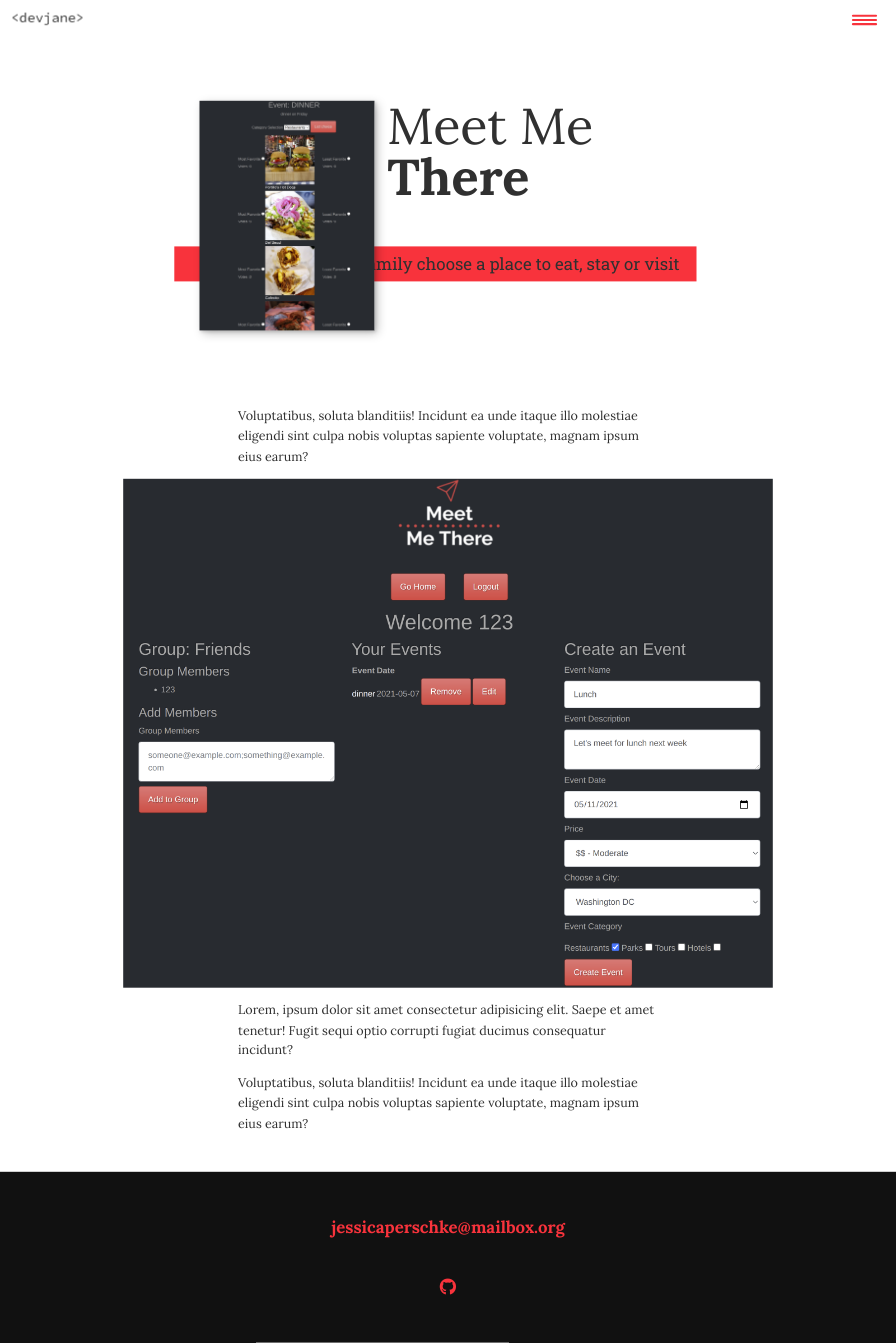
Repository: DinoDime/site
Page: portfolio-item1.html
These files come from the project's save history. The page is drawn as it stood at one moment and after the next save; the edit follows.
The browser window is 1280 px wide. The pictures show the whole page, at 70% of full size.
Some web libraries are served in a nearby version.

Above is the page before, as saved 2021-05-03 05:44:18.

### portfolio-item1.html
<!DOCTYPE html>
<html lang="en">
  <head>
    <link
      rel="stylesheet"
      href="https://cdnjs.cloudflare.com/ajax/libs/normalize/8.0.1/normalize.css"
    />
    <meta charset="UTF-8" />
    <meta name="viewport" content="width=device-width, initial-scale=1.0" />
    <title>Jess' Portfolio</title>
    <link
      rel="stylesheet"
      href="https://cdnjs.cloudflare.com/ajax/libs/normalize/7.0.0/normalize.min.css"
    />
    <link
      rel="stylesheet"
      href="https://cdnjs.cloudflare.com/ajax/libs/font-awesome/5.11.2/css/all.css"
      integrity="sha256-46qynGAkLSFpVbEBog43gvNhfrOj+BmwXdxFgVK/Kvc="
      crossorigin="anonymous"
    />

    <!-- Update these with your own fonts -->
    <link
      href="https://fonts.googleapis.com/css?family=Lora:400,700|Roboto+Slab:400,700&display=swap"
      rel="stylesheet"
    />

    <link rel="stylesheet" href="css/style.css" />
  </head>
  <body>
    <header>
      <div class="logo">
        <img src="img/devjane.png" alt="" />
      </div>
      <!--Hamburger button-->
      <button class="nav-toggle" aria-label="toggle navigation">
        <span class="hamburger"></span>
      </button>
      <nav class="nav">
        <ul class="nav__list">
          <li class="nav__item">
            <a href="index.html" class="nav__link">Home</a>
          </li>
          <li class="nav__item">
            <a href="index.html#Skills" class="nav__link">Skills</a>
          </li>
          <li class="nav__item">
            <a href="index.html#about" class="nav__link">About me</a>
          </li>
          <li class="nav__item">
            <a href="index.html#work" class="nav__link">My Work</a>
          </li>
        </ul>
      </nav>
    </header>

    <section class="intro">
      <h1 class="section__title section__title--intro">
        Meet Me <strong>There</strong>
      </h1>
      <p class="section__subtitle section__subtitle--intro">
        Helps friends and family choose a place to eat, stay or visit
      </p>
      <img src="img/MeetMeThere.png" alt="" class="intro__img" />
    </section>

    <div class="portfolio-item-individual">
      <p>
        Voluptatibus, soluta blanditiis! Incidunt ea unde itaque illo molestiae
        eligendi sint culpa nobis voluptas sapiente voluptate, magnam ipsum eius
        earum?
      </p>
      <img src="img/MeetMeThere3.png" alt="" />
      <p>
        Lorem, ipsum dolor sit amet consectetur adipisicing elit. Saepe et amet
        tenetur! Fugit sequi optio corrupti fugiat ducimus consequatur incidunt?
      </p>
      <p>
        Voluptatibus, soluta blanditiis! Incidunt ea unde itaque illo molestiae
        eligendi sint culpa nobis voluptas sapiente voluptate, magnam ipsum eius
        earum?
      </p>
    </div>

    <!-- Footer -->
    <footer class="footer">
      <!-- replace with your own email address -->
      <a href="mailto:jessicaperschke@mailbox.org" class="footer__link"
        >jessicaperschke@mailbox.org</a
      >
      <ul class="social-list">
        <li class="social-list__item">
          <a class="social-list__link" href="https://github.com/jl-perschke">
            <i class="fab fa-github"></i>
          </a>
        </li>
      </ul>
    </footer>

    <script src="js/index.js"></script>
  </body>
</html>

### css/style.css
*,
*::before,
*::after {
    box-sizing: border-box;
}

/* Custom Properties, update these for your own design */

:root {
    --ff-primary: 'Lora', serif;
    --ff-secondary: 'Roboto Slab', serif;

    --fw-reg: 400;
    --fw-bold: 700;

    --clr-light: #fff;
    --clr-dark: #303030;
    --clr-accent: #f8333c;

    --fs-h1: 3rem;
    --fs-h2: 2.25rem;
    --fs-h3: 1.25rem;
    --fs-body: 1rem;

    --bs: 0.25em 0.25em 0.75em rgba(0,0,0,.25),
          0.125em 0.125em 0.25em rgba(0,0,0,.15);
}

@media (min-width: 800px) {
    :root {
        --fs-h1: 4.5rem;
        --fs-h2: 3.75rem;
        --fs-h3: 1.5rem;
        --fs-body: 1.125rem;
    }
}

/* General styles */

/* endable this to add smooth scrolling */
/* html {
    scroll-behavior: smooth;
} */


body {
    background: var(--clr-light);
    color: var(--clr-dark);
    margin: 0;
    font-family: var(--ff-primary);
    font-size: var(--fs-body);
    line-height: 1.6;
}

section {
    padding: 5em 2em;
}

img {
    display: block;
    max-width: 100%;
}

strong { font-weight: var(--fw-bold) }

:focus {
    outline: 3px solid var(--clr-accent);
    outline-offset: 3px;
}

/* Buttons */

.btn {
    display: inline-block;
    padding: .5em 2.5em;
    background: var(--clr-accent);
    color: var(--clr-dark);
    text-decoration: none;
    cursor: pointer;
    font-size: .8rem;
    text-transform: uppercase;
    letter-spacing: 2px;
    font-weight: var(--fw-bold);
    transition: transform 200ms ease-in-out;
}

.btn:hover {
    transform: scale(1.1);
}

/* Typography */

h1,
h2,
h3 {
    line-height: 1;
    margin: 0;
}

h1 { font-size: var(--fs-h1) }
h2 { font-size: var(--fs-h2) }
h3 { font-size: var(--fs-h3) }


.section__title {
    margin-bottom: .25em;
}

.section__title--intro {
    font-weight: var(--fw-reg);
}

.section__title--intro strong {
    display: block;
}

.section__subtitle {
    margin: 0;
    font-size: var(--fs-h3);
}

.section__subtitle--intro,
.section__subtitle--about {
    background: var(--clr-accent);
    padding: .25em 1em;
    font-family: var(--ff-secondary);
    margin-bottom: 1em;
}

.section__subtitle--work {
    color: var(--clr-accent);
    font-weight: var(--fw-bold);
    margin-bottom: 2em;
}

/* header */

header {
    display: flex;
    justify-content: space-between;
    padding: 1em;
}

.logo {
    max-width: 100px;
}

.nav {
    position: fixed;
    background: var(--clr-dark);
    color: var(--clr-light);
    top: 0;
    bottom: 0;
    left: 0;
    right: 0;
    z-index: 100;

    transform: translateX(100%);
    transition: transform 250ms cubic-bezier(.5, 0, .5, 1);
}

.nav__list {
    list-style: none;
    display: flex;
    height: 100%;
    flex-direction: column;
    justify-content: space-evenly;
    align-items: center;
    margin: 0;
    padding: 0;
}

.nav__link {
    color: inherit;
    font-weight: var(--fw-bold);
    font-size: var(--fs-h2);
    text-decoration: none;
}

.nav__link:hover {
    color: var(--clr-accent);
}

.nav-toggle {
    padding: .5em;
    background: transparent;
    border: 0;
    cursor: pointer;
    position: absolute;
    right: 1em;
    top: 1em;
    z-index: 1000;
}

.nav-open .nav {
    transform: translateX(0);
}

.nav-open .nav-toggle {
    position: fixed;
}

.nav-open .hamburger {
    transform: rotate(.625turn);
}

.nav-open .hamburger::before {
    transform: rotate(90deg) translateX(-6px);
}

.nav-open .hamburger::after {
    opacity: 0;
}






.hamburger {
    display: block;
    position: relative;
}

.hamburger,
.hamburger::before,
.hamburger::after {
    background: var(--clr-accent);
    width: 2em;
    height: 3px;
    border-radius: 1em;
    transition: transform 250ms ease-in-out;
}


.hamburger::before,
.hamburger::after {
    content: '';
    position: absolute;
    left: 0;
    right: 0;
}

.hamburger::before { top: 6px; }
.hamburger::after { bottom: 6px; }


/*  Intro section  */

.intro {
    position: relative;
}

.intro__img {
    box-shadow: var(--bs);
}

.section__subtitle--intro {
    display: inline-block;
}

@media (min-width: 600px) {
    .intro {
        display: grid;
        width: min-content;
        margin: 0 auto;
        grid-column-gap: 1em;
        grid-template-areas:
            "img title"
            "img subtitle";
        grid-template-columns: min-content max-content;
    }

    .intro__img {
        grid-area: img;
        min-width: 250px;
        position: relative;
        z-index: 2;
    }

    .section__subtitle--intro {
        align-self: start;
        grid-column: -1 / 1;
        grid-row: 2;
        text-align: right;
        position: relative;
        left: -1.5em;
        width: calc(100% + 1.5em);
    }
}



/*  My services section  */

.my-services {
    background-color: var(--clr-dark);
    background-image: url(../img/services-bg.jpg);
    background-size: cover;
    /* background-blend-mode: multiply; */
    color: var(--clr-light);
    text-align: center;
}

.section__title--services {
    color: var(--clr-accent);
    position: relative;
}

.section__title--services::after {
    content: '';
    display: block;
    width: 2em;
    height: 1px;
    margin: 0.5em auto 1em;
    background: var(--clr-light);
    opacity: 0.25;
}

.services {
    margin-bottom: 4em;
}

.service {
    max-width: 500px;
    margin: 0 auto;
}

@media (min-width: 800px) {
    .services {
        display: flex;
        max-width: 1000px;
        margin-left: auto;
        margin-right: auto;
    }

    .service + .service {
        margin-left: 2em;
    }
}


.about-me {
    max-width: 1000px;
    margin: 0 auto;
}

.about-me__img {
    box-shadow: var(--bs);
}

@media (min-width: 600px) {
    .about-me {
        display: grid;
        grid-template-columns: 1fr 200px;
        grid-template-areas:
            "title img"
            "subtitle img"
            "text img";
        grid-column-gap: 2em;
    }

    .section__title--about {
        grid-area: title;
    }

    .section__subtitle--about {
        grid-column: 1 / -1;
        grid-row: 2;
        position: relative;
        left: -1em;
        width: calc(100% + 2em);
        padding-left: 1em;
        padding-right: calc(200px + 4em);
    }

    .about-me__img {
        grid-area: img;
        position: relative;
        z-index: 2;
    }
}

/* My Work */

.my-work {
    background-color: var(--clr-dark);
    color: var(--clr-light);
    text-align: center;
}

.portfolio {
    display: grid;
    grid-template-columns: repeat(auto-fit, minmax(300px, 1fr));
}

.portfolio__item {
    background: var(--clr-accent);
    overflow: hidden;
}

.portfolio__img {
    transition:
        transform 750ms cubic-bezier(.5, 0, .5, 1),
        opacity 250ms linear;
}

.portfolio__item:focus {
    position: relative;
    z-index: 2;
}

.portfolio__img:hover,
.portfolio__item:focus .portfolio__img {
    transform: scale(1.2);
    opacity: .5;
}


/* footer */

.footer {
    background: #111;
    color: var(--clr-accent);
    text-align: center;
    padding: 2.5em 0;
    font-size: var(--fs-h3);

}

.footer a {
    color: inherit;
    text-decoration: none;
}

.footer__link {
    font-weight: var(--fw-bold);
}

.footer__link:hover,
.social-list__link:hover {
    opacity: .7;
}

.footer__link:hover {
    text-decoration: underline;
}

.social-list {
    list-style: none;
    display: flex;
    justify-content: center;
    margin: 2em 0 0;
    padding: 0;
}

.social-list__item {
    margin: 0 .5em;
}

.social-list__link {
    padding: .5em;
}


/* Individual portfolio item styles */

.portfolio-item-individual {
    padding: 0 2em 2em;
    max-width: 1000px;
    margin: 0 auto;
}

.portfolio-item-individual p {
    max-width: 600px;
    margin-left: auto;
    margin-right: auto;
}

Loaded but not shown: js/index.js (common file)

After the next save:
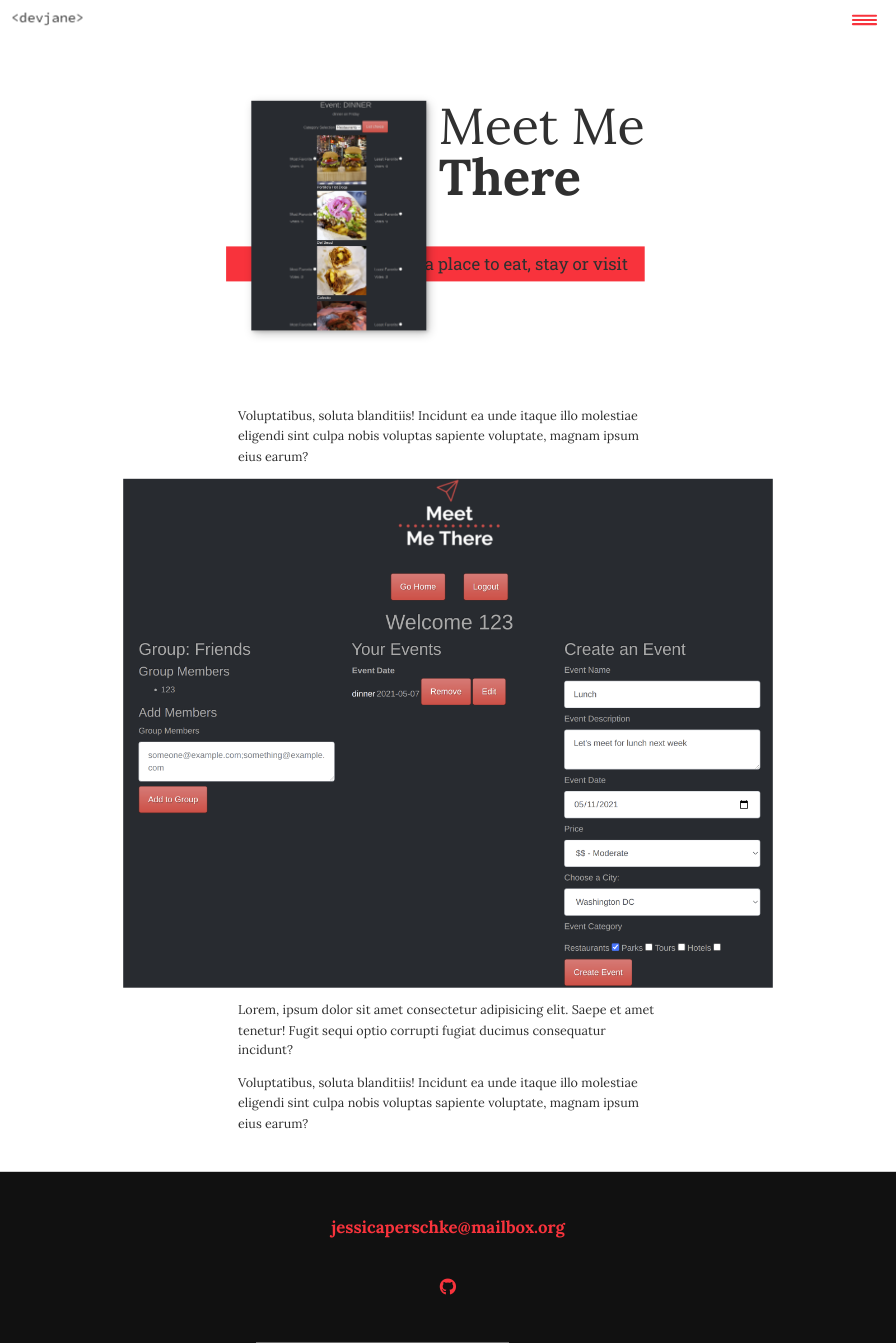
Saved 29 s later.
--- a/portfolio-item1.html
+++ b/portfolio-item1.html
@@ -59,7 +59,7 @@
         Meet Me <strong>There</strong>
       </h1>
       <p class="section__subtitle section__subtitle--intro">
-        Helps friends and family choose a place to eat, stay or visit
+        Choose a place to eat, stay or visit
       </p>
       <img src="img/MeetMeThere.png" alt="" class="intro__img" />
     </section>
